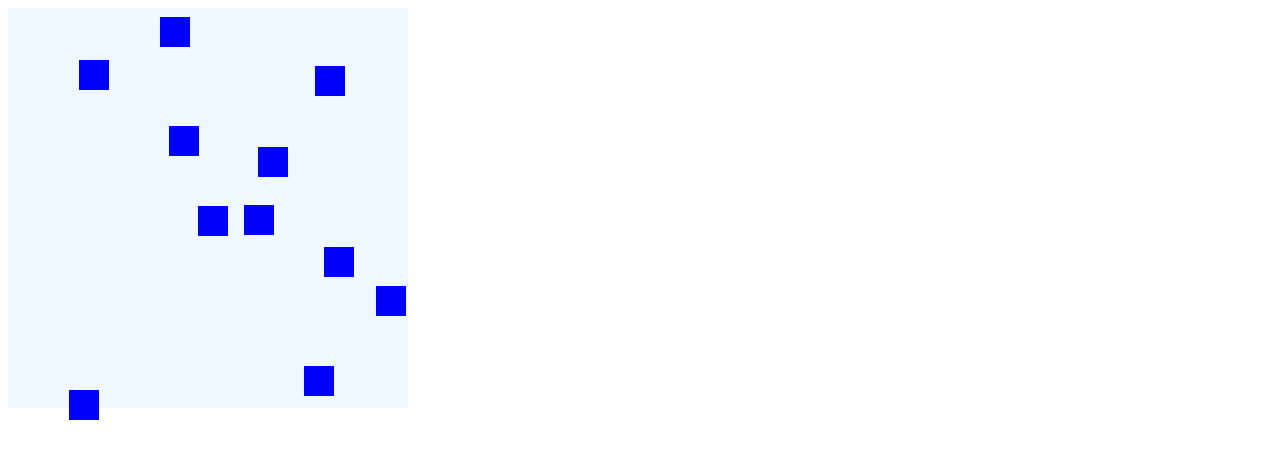
Repository: hdsshj/Typescript
Page: 13_Public_Private/index.html
The author's editor kept a copy of each file at every save. The page is drawn from the files as they stood at one save, then again after the next save.
The browser window is 1280 px wide. The pictures show the whole page.

Above is the page before, as saved 2022-06-21 09:12:27.

### 13_Public_Private/index.html
<!DOCTYPE html>
<html lang="en">
  <head>
    <meta charset="UTF-8" />
    <meta http-equiv="X-UA-Compatible" content="IE=edge" />
    <meta name="viewport" content="width=device-width, initial-scale=1.0" />
    <title>Document</title>
  </head>
  <style>
    #container {
      width: 400px;
      height: 400px;
      background-color: aliceblue;
    }
  </style>
  <body>
    <div id="container"></div>
    <script src="index.js"></script>
  </body>
</html>

### 13_Public_Private/index.js
class User {
    static x = 10;
    static y = 20;
    static addOne(a) {
        User.x += a;
    }
    static printX() {
        console.log(User.x);
    }
}
User.addOne(32); //이렇게 하면 x가 3 더해져야함
User.addOne(4); //이렇게 하면 x가 4 더해져야함
User.printX(); //이렇게 하면 콘솔창에 x값이 출력되어야함
class Square {
    width;
    height;
    color;
    constructor(w, h, c) {
        this.width = w;
        this.height = h;
        this.color = c;
    }
    draw() {
        let randomLeft = Math.floor(Math.random() * 400);
        let randomTop = Math.floor(Math.random() * 400);
        let style = `<div style="
    position:absolute;
    width:${this.width}px;
    height:${this.height}px;
    top:${randomTop}px;
    left:${randomLeft}px;
    background:${this.color};
    ">
    </div>`;
        document.body.insertAdjacentHTML("beforeend", style);
    }
}
let addSquare = new Square(30, 30, "blue");
addSquare.draw();
addSquare.draw();
addSquare.draw();
addSquare.draw();
addSquare.draw();
addSquare.draw();
addSquare.draw();
addSquare.draw();
addSquare.draw();
addSquare.draw();
addSquare.draw();

After the next save:
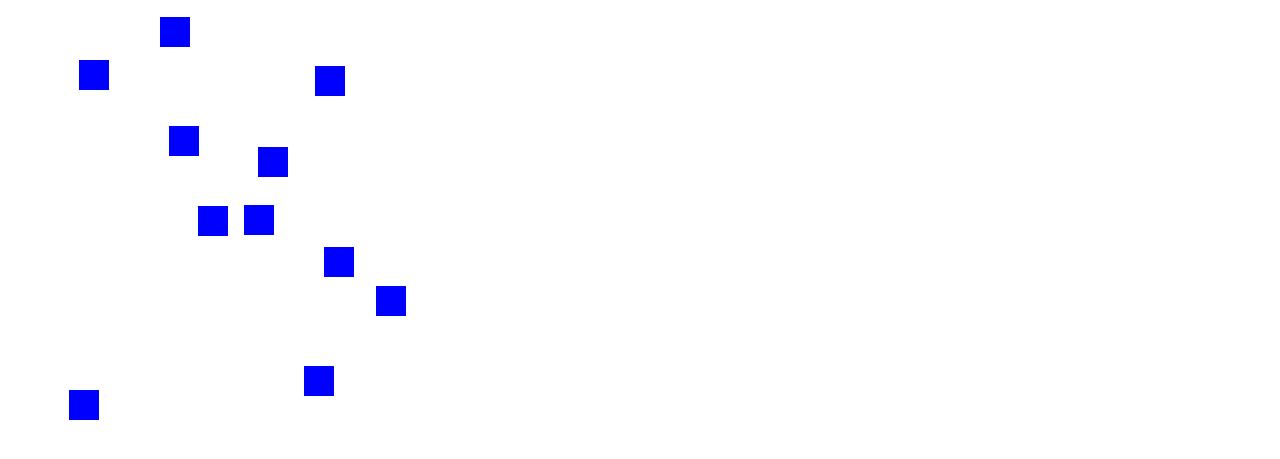
Saved 101 s later.
--- a/13_Public_Private/index.html
+++ b/13_Public_Private/index.html
@@ -14,7 +14,6 @@
     }
   </style>
   <body>
-    <div id="container"></div>
     <script src="index.js"></script>
   </body>
 </html>
